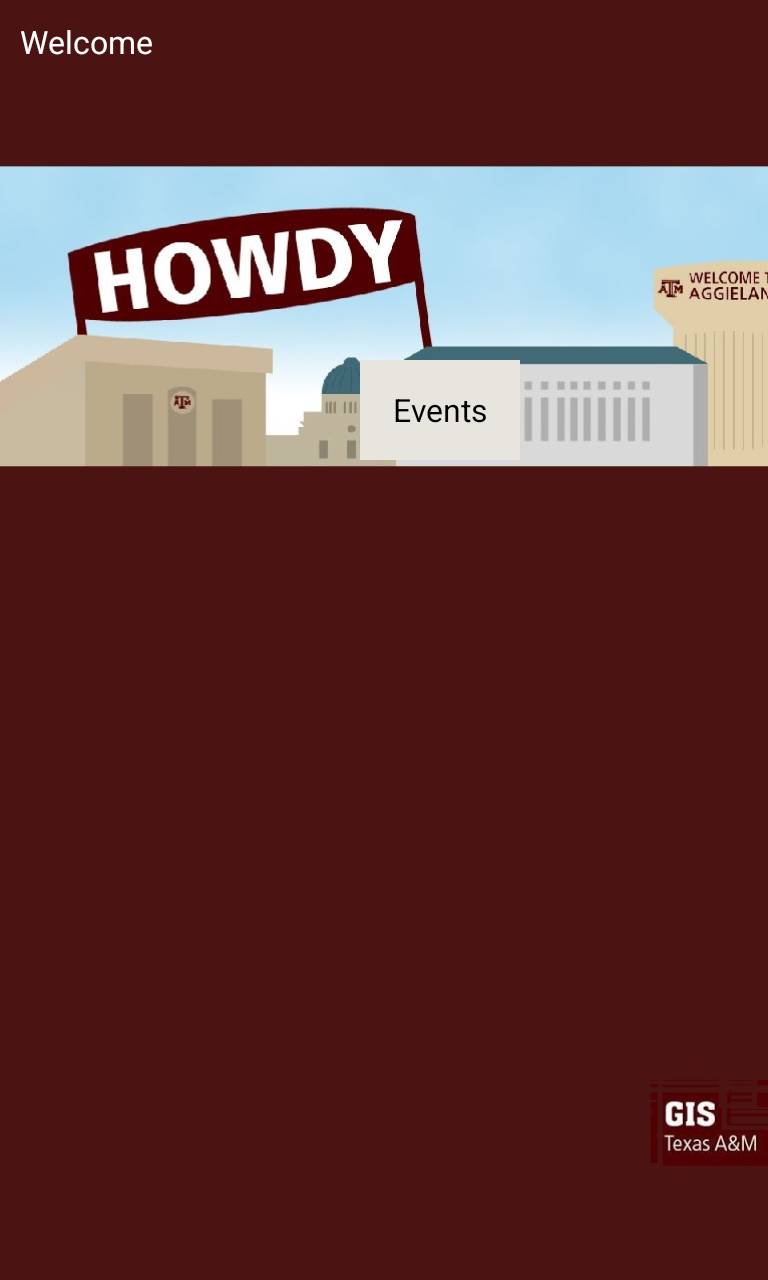
Repository: jannelg92/ANDROIDAPP
Layout: GEOINNOVATION/TAMUgis-dayEvents/res/layout/main_home.xml
The author's editor kept a copy of each file at every save. The layout is drawn from the files as they stood at one save, then again after the next save.
It is drawn on a 768 x 1280 px phone screen (xhdpi) without system bars, with theme AppTheme; the app's code is not run. Lists and similar views that code fills are empty.

Above is the layout before, as saved 2014-04-19 00:47:05.

After the next save:
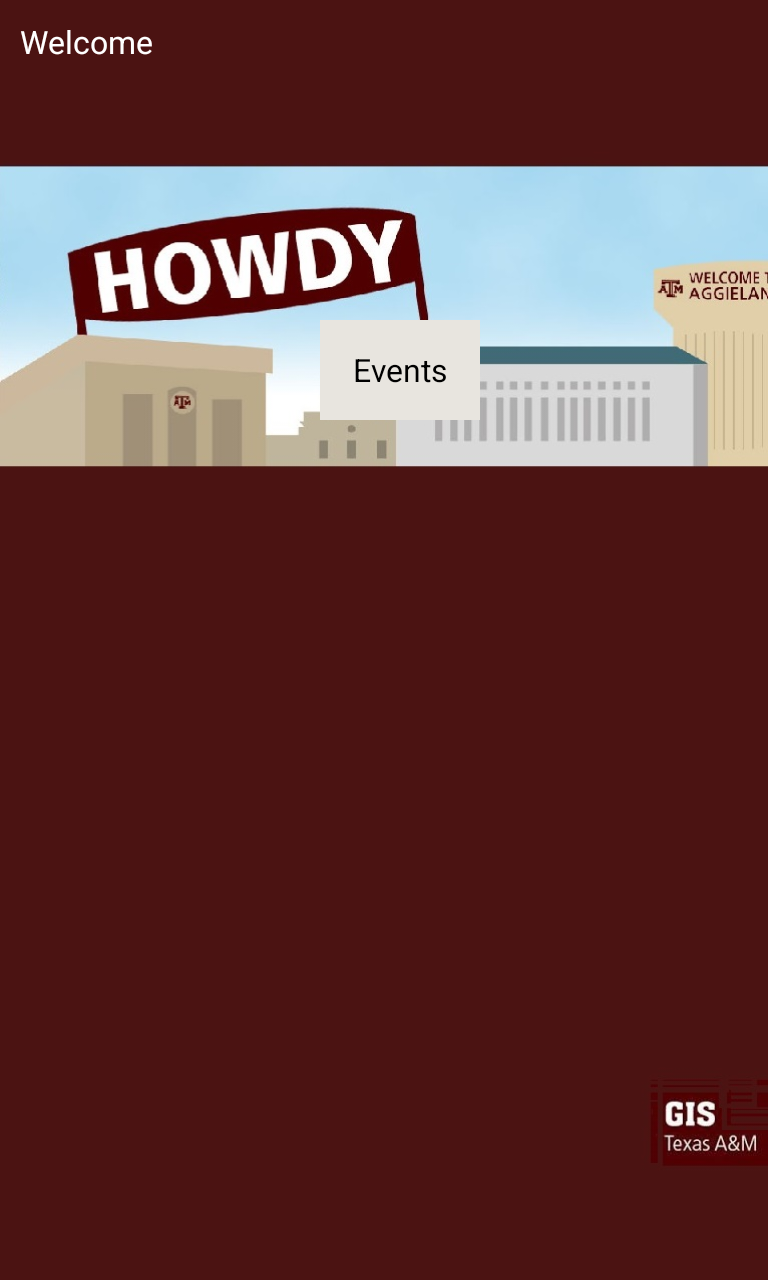
Saved 13 s later.
--- a/GEOINNOVATION/TAMUgis-dayEvents/res/layout/main_home.xml
+++ b/GEOINNOVATION/TAMUgis-dayEvents/res/layout/main_home.xml
@@ -31,7 +31,7 @@
         android:id="@+id/event_b"
         android:layout_width="80dp"
         android:layout_height="50dp"
-        android:layout_margin="170dp"
+        android:layout_margin="150dp"
         android:layout_marginBottom="50dp"
         android:align_parentBottom=""
         android:background="#E8E5DF"

After the save that followed:
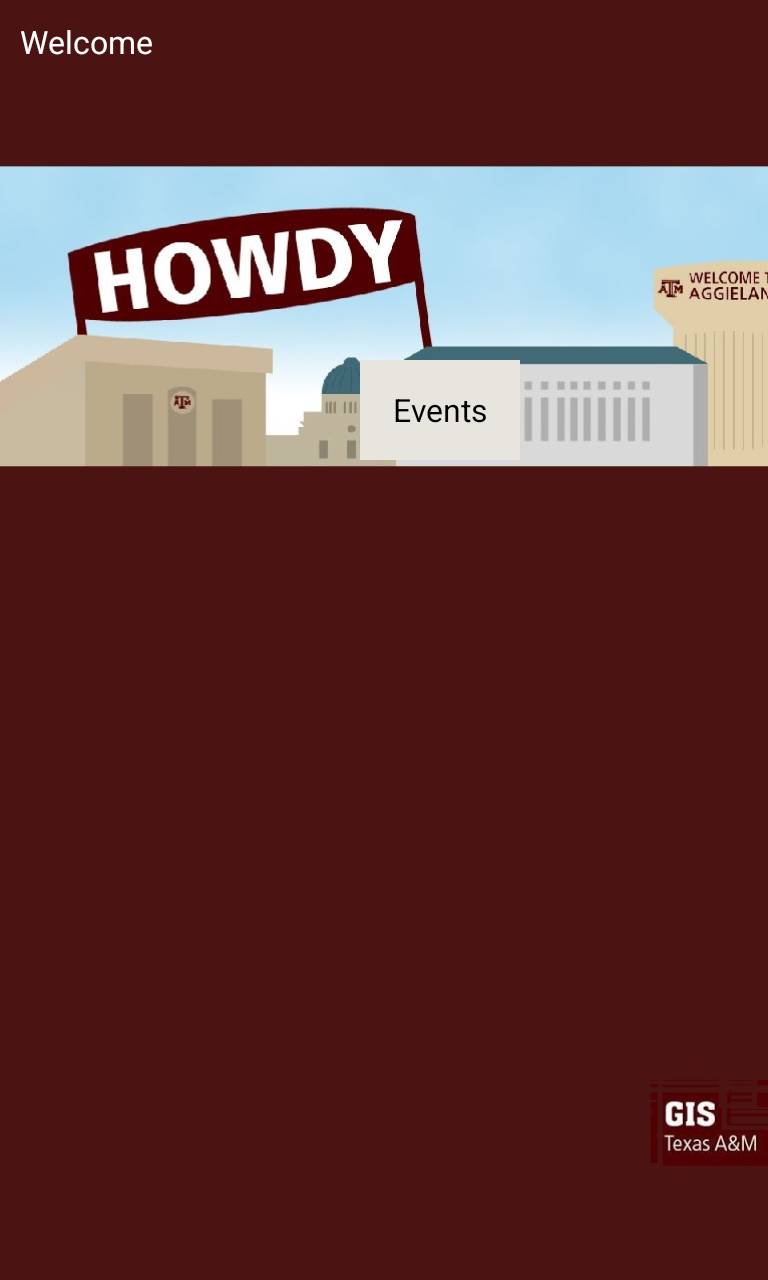
Saved 10 s later.
--- a/GEOINNOVATION/TAMUgis-dayEvents/res/layout/main_home.xml
+++ b/GEOINNOVATION/TAMUgis-dayEvents/res/layout/main_home.xml
@@ -31,7 +31,7 @@
         android:id="@+id/event_b"
         android:layout_width="80dp"
         android:layout_height="50dp"
-        android:layout_margin="150dp"
+        android:layout_margin="170dp"
         android:layout_marginBottom="50dp"
         android:align_parentBottom=""
         android:background="#E8E5DF"
